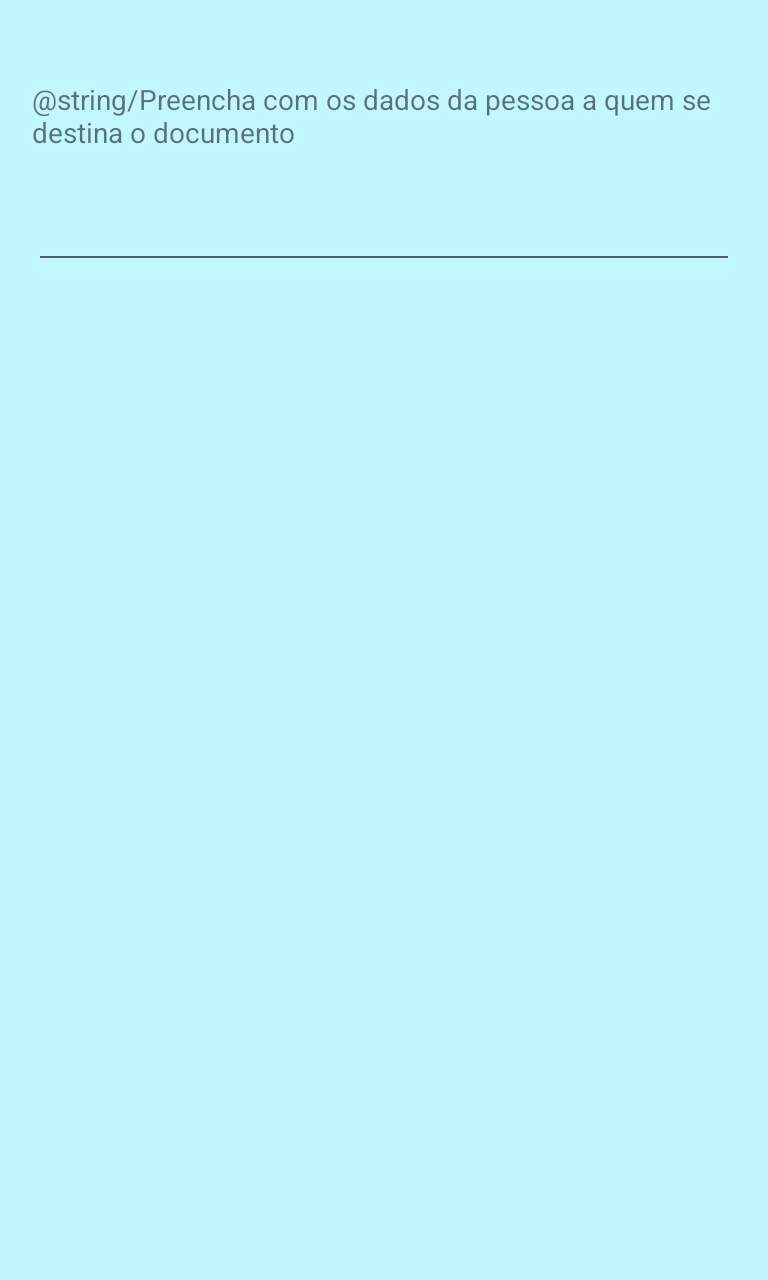
Repository: pdelfino/Projeto-livre
Layout: Protesto Livre/ProtestoLivre/res/layout/fragment_tela05.xml
The author's editor kept a copy of each file at every save. The layout is drawn from the files as they stood at one save, then again after the next save.
It is drawn on a 768 x 1280 px phone screen (xhdpi) without system bars, with theme AppTheme; the app's code is not run. The app's manifest (not shown) leaves right-to-left support off. So textAlignment, textDirection and layoutDirection are ignored, and left and right values win over start and end ones.

Above is the layout before, as saved 2014-05-29 00:03:43.

After the next save:
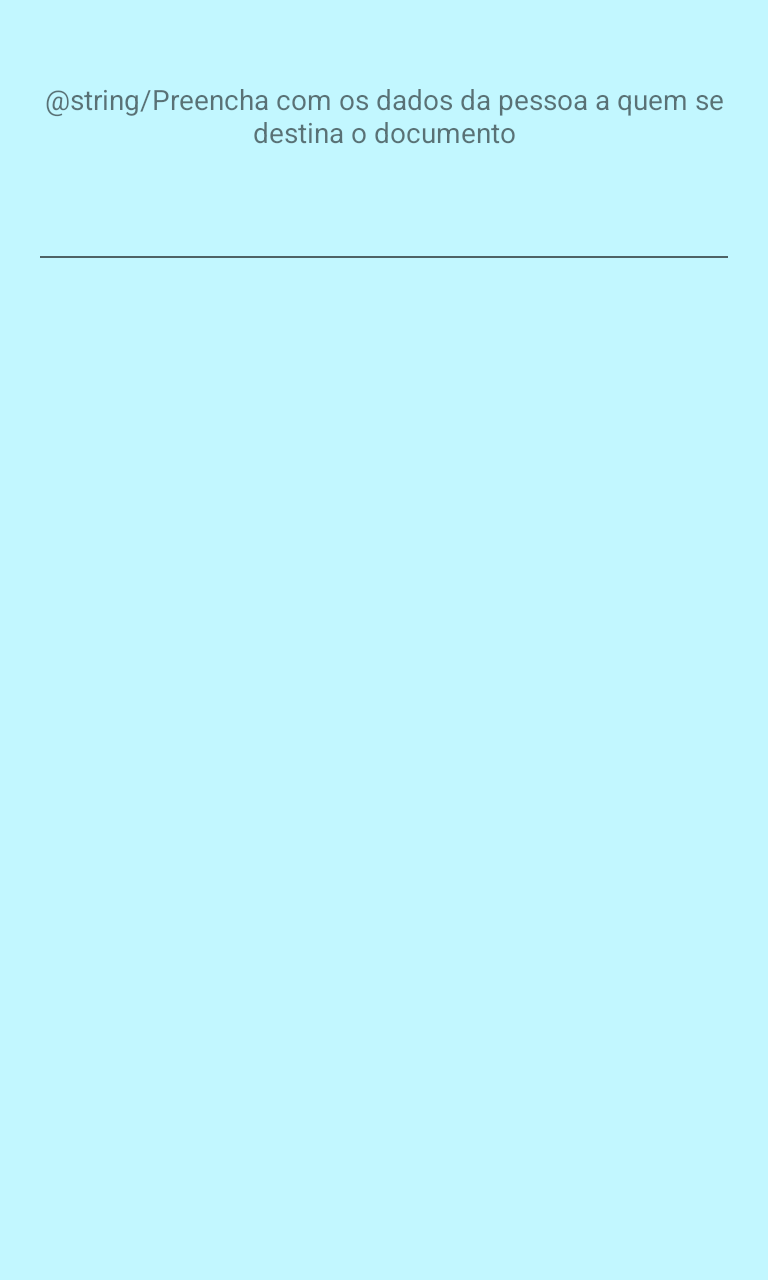
Saved 58 s later.
--- a/Protesto Livre/ProtestoLivre/res/layout/fragment_tela05.xml
+++ b/Protesto Livre/ProtestoLivre/res/layout/fragment_tela05.xml
@@ -16,7 +16,7 @@
         android:layout_alignParentTop="true"
         android:layout_centerHorizontal="true"
         android:layout_marginTop="24dp"
-        android:textAlignment="center"
+        android:gravity="center"
         android:text="@string/Preencha com os dados da pessoa a quem se destina o documento" />
 
     <EditText
